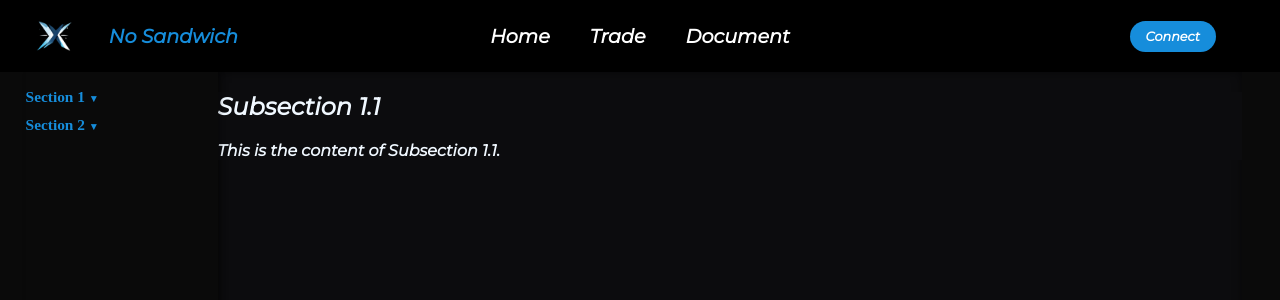
Repository: TreapGoGo/hackathon-2024-10-13
Page: /document/section/1/1 (app in Web/NoSandwichSwapPair_Web/)
These files come from the project's save history. The page is drawn as it stood at one moment and after the next save; the edit follows.
The browser window is 1280 px wide. The pictures show the whole page.
An inner scrolling area shows only its first screen. The project was rebuilt for these pictures with package versions that can differ from the ones it lists, and the page was loaded fresh each time. Also part of the build but not shown: Web/NoSandwichSwapPair_Web/vite.config.js, Web/NoSandwichSwapPair_Web/src/components/documents/Subsection1_2.vue, Web/NoSandwichSwapPair_Web/src/components/documents/Subsection2_1.vue, Web/NoSandwichSwapPair_Web/src/components/documents/Subsection2_2.vue.

Above is the page before, as saved 2024-10-17 22:41:33.

### Web/NoSandwichSwapPair_Web/index.html
<!doctype html>
<html lang="en">

<head>
  <meta charset="UTF-8" />
  <link rel="icon" type="image/svg+xml" href="./src//assets/logo.png" />
  <meta name="viewport" content="width=device-width, initial-scale=1.0" />
  <title>No Sandwich</title>
</head>

<body>
  <div id="app"></div>
  <script type="module" src="./src/main.js"></script>
</body>

</html>

### Web/NoSandwichSwapPair_Web/src/style.css
html,
body {
    margin: 0;
    padding: 0;
    height: 100%;
    width: 100%;
    overflow-x: hidden;
    color: black;
}

#app {
    height: 100%;
}

### Web/NoSandwichSwapPair_Web/src/App.vue
<script setup>
import Header from './components/Header.vue';
</script>

<template>
  <Header></Header>
  <router-view/>
</template>

<style scoped>
.logo {
  height: 6em;
  padding: 1.5em;
  will-change: filter;
  transition: filter 300ms;
}
.logo:hover {
  filter: drop-shadow(0 0 2em #646cffaa);
}
.logo.vue:hover {
  filter: drop-shadow(0 0 2em #42b883aa);
}
</style>

### Web/NoSandwichSwapPair_Web/src/components/Header.vue
<template>
    <header class="header">
      <div class="logo">
        <img src="../assets/logo.png" alt="Logo" />
        <span>No Sandwich</span>
      </div>
      <nav class="nav">
        <router-link v-bind:to="{name:'home'}">Home</router-link>
        <router-link v-bind:to="{name: 'trade' }">Trade</router-link>
        <router-link v-bind:to="{name: 'document' }">Document</router-link>
      </nav>
      <div class="actions">
        <button class="connect-btn" @click="handleWalletConnection">
        {{ isConnected ? truncateAddress(walletAddress) : 'Connect' }}
      </button>
      </div>
    </header>
  </template>

  <script>
import { mapGetters, mapActions } from 'vuex';

export default {
  name: 'Header',
  computed: {
    ...mapGetters(['walletAddress', 'isConnected']),
  },
  methods: {
    ...mapActions(['connectWallet', 'disconnectWallet']),
    handleWalletConnection() {
      if (!this.isConnected) {
        this.connectWallet();
      } else {
        this.disconnectWallet();
      }
    },
    // 用于截短显示钱包地址
    truncateAddress(address) {
      return address ? `${address.substring(0, 6)}...${address.substring(address.length - 4)}` : '';
    }
  },
};
  </script>

  <style scoped>
  @font-face {
    font-family: 'Sixtyfour_Convergence';
    src: url('../assets/fonts/Sixtyfour_Convergence/SixtyfourConvergence-Regular-VariableFont_BLED,SCAN,XELA,YELA.ttf') format('truetype');
    font-weight: normal;
    font-style: normal;
  }
  @font-face {
    font-family: 'Protest_Strike';
    src: url('../assets/fonts/Protest_Strike/Protest_Strike/ProtestStrike-Regular.ttf') format('truetype');
    font-weight: normal;
    font-style: normal;
  }
  @font-face {
    font-family: 'Montserrat';
    src: url('../assets/fonts/Montserrat/Montserrat-Italic-VariableFont_wght.ttf') format('truetype');
    font-weight: normal;
    font-style: normal;
  }
  *{
    font-family: Montserrat;
    font-weight: bold;
  }
  .header {
    display: flex;
    align-items: center;
    justify-content: space-between;
    background-color: #000;
    color: #fff;
    height: 10vh;
    width: 100%;
    position: fixed;
    z-index: 1000;
  }

  .logo {
    display: flex;
    align-items: center;
    flex: 1;
  }

  .logo img {
    height: 8vh;
    margin-left: 2vw;
    margin-right: 2vw;
  }

  .logo span {
    font-weight: bold;
    font-size: 1.5vw;
    color: #168ddb;
  }

  .nav {
    display: flex;
    justify-content: center;
    flex: 1;

  }

  .nav a {
    font-size: 1.5vw;
    color: #fff;
    text-decoration: none;
    margin: 0 20px;
  }

  .nav a:hover {
    color: #168ddb;
    left:5vw;
  }

  .actions {
    display: flex;
    align-items: center;
    flex: 1;
    justify-content: flex-end;
  }

.connect-btn {
  font-size: 1vw;
  background-color: #168ddb;
  border: none;
  padding: 8px 16px;
  border-radius: 20px;
  color: #fff;
  cursor: pointer;
  transition: transform 0.1s ease, background-color 0.3s ease;
  margin-right: 5vw;
}

.connect-btn:hover {
  background-color: #6a39db;
}

.connect-btn:active {
  transform: scale(0.95);
  background-color: #722fb7;
}
  </style>

### Web/NoSandwichSwapPair_Web/src/views/Home.vue
<template>
    <div class="home-container">
      <div class="header">
        <h1>Swap safely, no MEV risks.</h1>
      </div>
      <div class="swap-box">
        <div class="swap-input">
          <label for="sell" class="input-label">Sell</label>
          <select id="sell" class="custom-select">
            <option value="Token X">Token X</option>
            <option value="Token Y">Token Y</option>
          </select>
        </div>
        <div class="swap-input">
          <label for="buy" class="input-label">Buy</label>
          <select id="buy" class="custom-select">
            <option value="Token Y">Token Y</option>
            <option value="Token X">Token X</option>
          </select>
        </div>

        <router-link v-bind:to="{name: 'trade' }"><button class="get-started-btn">Get started</button></router-link>
      </div>

      <div class="description">
        <h1>
            Learn more about the superpowers of defending against MEV.
        </h1>
      </div>
    </div>
    <div class="second-section">
    <div class="content-container">
      <div class="image-box">
        <img src="../assets/figure1.png" alt="Informative Image">
      </div>
      <div class="text-box">
        <h2>What is MEV?</h2>
        <p>
          Miner Extractable Value (MEV) refers to the maximum value that miners
          can extract from block production, by including, excluding, and
          changing the order of transactions.
        </p>
        <button class="learn-more-btn">Learn More</button>
      </div>
    </div>
  </div>
  <div class="second-section">
    <div class="content-container">
      <div class="image-box">
        <img src="../assets/figure2.png" alt="Informative Image">
      </div>
      <div class="text-box">
        <h2>What is the harms of MEV ?</h2>
        <p>
          MEV allows front-running or sandwich attacks, where users may end up with worse trading prices, reducing profits or causing direct financial losses.
        </p>
        <button class="learn-more-btn">Learn More</button>
      </div>
    </div>
  </div>
  <div class="second-section">
    <div class="content-container">
      <div class="image-box section_three" >
        <img src="../assets/figure3.png" alt="Informative Image">
      </div>
      <div class="text-box">
        <h2>What we do ?</h2>
        <p>
          We split the trades within the trading cycle into n equal parts for buy and sell operations to avoid MEV attacks.
        </p>
        <button class="learn-more-btn">Learn More</button>
      </div>
    </div>
  </div>
  <div class="explanation">
    <div class="explanation-item hidden">
      <h2>What is a Miner ?</h2>
      <p>A miner is a participant in blockchain networks who validates transactions and adds them to the blockchain by solving complex cryptographic puzzles. In return, miners are rewarded with cryptocurrency and transaction fees.
      </p>
      <a href="https://www.coinbase.com/zh-cn/learn/crypto-basics/what-is-mining" target="_blank">
        <button class="cta-button learn-more">Learn More</button>
      </a>
    </div>
    <div class="explanation-item hidden">
      <h2>What is a Transaction ?</h2>
      <p>A transaction in blockchain is a transfer of data or value, like sending cryptocurrency between users. It is processed by miners and added to the blockchain, ensuring its security and immutability.
      </p>
      <a href="https://www.bitcoin.com/zh/get-started/what-is-a-token/" target="_blank">
        <button class="cta-button learn-more">Learn More</button>
      </a>
    </div>
    <div class="explanation-item hidden">
      <h2>What is MEV ?</h2>
      <p>MEV (Miner Extractable Value) refers to the profit miners can make by manipulating the order of transactions in a block, such as by front-running, reordering, or including specific transactions to maximize their earnings.
      </p>
      <a href="https://academy.binance.com/zh/articles/what-is-maximal-extractable-value-mev" target="_blank">
        <button class="cta-button learn-more">Learn More</button>
      </a>
    </div>
    <div class="explanation-item hidden download">
      <h2 style="color: black;">What is NoSandwich ?</h2>
      <p style="color: black;">NoSandwichSwap is an innovative decentralized exchange (DEX) designed to mitigate MEV (Miner Extractable Value) attacks through a novel trading mechanism known as hyperbolic batch auctions. </p>
      <a>
        <button class="cta-button whitepaper">Whitepaper</button>
      </a>
    </div>
  </div>
  </template>

  <style scoped>
  @font-face {
    font-family: 'Montserrat';
    src: url('../assets/fonts/Montserrat/Montserrat-Italic-VariableFont_wght.ttf') format('truetype');
    font-weight: normal;
    font-style: normal;
  }
  *{
    font-family: Montserrat;
    font-weight: bold;
  }
  @keyframes purple-glow {
    0% {
      box-shadow: 0 0 15px 5px rgba(61, 109, 121, 0.4);
    }
    50% {
      box-shadow: 0 0 30px 10px rgba(23, 47, 124, 0.7);
    }
    100% {
      box-shadow: 0 0 15px 5px rgba(92, 15, 165, 0.4);
    }
  }

  .home-container {
    display: flex;
    flex-direction: column;
    align-items: center;
    justify-content: center;
    top:10vh;
    height: 90vh;
    background-color: #0a0a0a;
    color: white;
    text-align: center;
    position: relative;
  }

  .header h1 {
    font-size: 2.5vw;
    margin-bottom: 5vh;
    letter-spacing: 0.1rem;
    background: linear-gradient(90deg, rgb(34, 62, 94) 0%, rgb(80, 141, 197) 100%);
    -webkit-background-clip: text;
    -webkit-text-fill-color: transparent;
  }

  .swap-box {
    display: flex;
    flex-direction: column;
    align-items: center;
    background-color: #1a1a1a;
    padding: 1vh 2vw;
    border-radius: 1.5rem;
    box-shadow: 0 0 10px rgba(0, 0, 0, 0.7);
    width:30%;
    height: 30%;
    animation: purple-glow 3s infinite ease-in-out;
  }

  .swap-input {
    display: flex;
    flex-direction: column;
    justify-content: center;
    align-items: flex-start;
    width: 100%;
    margin-bottom: 2vh;
  }

  .input-label {
    font-size: 1.2vw;
    color: #168ddb;
    margin-bottom: 1vh;
  }

  .custom-select {
    width: 100%;
    padding: 1.2vh;
    font-size: 0.9vw;
    background-color: #2a2a2a;
    color: white;
    border: none;
    border-radius: 0.5rem;
    outline: none;
    appearance: none;
    position: relative;
    transition: background 0.3s ease;
  }

  .custom-select:hover {
    background-color: #333;
  }

  .custom-select::after {
    content: '';
    position: absolute;
    right: 10px;
    top: 50%;
    transform: translateY(-50%);
    border: 6px solid transparent;
    border-top-color: #168ddb;
  }

  .get-started-btn {
    background-color: #168ddb;
    color: white;
    padding: 1vh 3vw;
    font-size: 1.0 vw;
    border: none;
    border-radius: 0.5rem;
    cursor: pointer;
    transition: transform 0.3s ease;
    animation: purple-glow 3s infinite ease-in-out;
  }

  .get-started-btn:hover {
    transform: scale(1.1);
  }

  .description h1{
    background: linear-gradient(90deg, rgb(34, 62, 94) 0%, rgb(80, 141, 197) 100%);
    margin-top: 3rem;
    font-size: 1.2rem;
    max-width: 400px;
    opacity: 0.85;
    -webkit-background-clip: text;
    -webkit-text-fill-color: transparent;
  }

  .scroll-indicator {
    position: absolute;
    bottom: 3rem;
    display: flex;
    flex-direction: column;
    align-items: center;
  }

  .scroll-indicator span {
    font-size: 2.5rem;
    animation: purple-glow 1.5s infinite ease-in-out;
  }

  .scroll-indicator p {
    font-size: 1.1rem;
    margin-top: 0.5rem;
    opacity: 0.8;
  }

  .home-container::before {
    content: "";
    position: absolute;
    width: 200%;
    height: 200%;
    background: linear-gradient(130deg, rgba(128, 0, 128, 0.2), rgba(255, 0, 255, 0.3));
    top: -50%;
    left: -50%;
    animation: purple-flow 6s infinite linear;
    z-index: -1;
  }

  @keyframes purple-flow {
    0% {
      transform: rotate(0deg);
    }
    100% {
      transform: rotate(360deg);
    }
  }


.second-section {
  display: none;
  height: 90vh;
  background-color: #0a0a0a;
  color: white;
  display: flex;
  justify-content: center;
  align-items: center;
  text-align: left;
  padding: 0 5%;
  top:10vh;
}

.content-container {
  display: flex;
  justify-content: space-between;
  align-items: center;
  width: 100%;
  margin-top: -10vh;
}

.image-box {
  flex: 1;
  padding-right: 2rem;
}

.section_three{
  width:1vw;
}

.image-box img {
  max-width: 100%;
  border-radius: 1rem;
}

.text-box {
  flex: 1;
  padding-left: 2rem;
}

.text-box h2 {
  font-size: 2rem;
  margin-bottom: 1rem;
}

.text-box p {
  font-size: 1.2rem;
  line-height: 1.5;
}

.learn-more-btn {
  background-color: #168ddb;
  color: white;
  padding: 0.8rem 2rem;
  margin-top: 1.5rem;
  border: none;
  border-radius: 0.5rem;
  cursor: pointer;
  transition: transform 0.3s ease;
  animation: purple-glow 3s infinite ease-in-out;
}

.learn-more-btn:hover {
  transform: scale(1.1);
}

.explanation {
  display: flex;
  flex-direction: column; /* Change to column layout for smaller screens */
  background-color: #0a0a0a;
  padding-bottom: 1vh;
  height: 90vh; /* Remove fixed height */
}

.explanation-item {
  display: flex;
  flex-direction: column;
  justify-content: space-between;
  margin-top: 5vh; /* Adjust margin using vh */
  width: 100%; /* Full width on smaller screens */
  background-color: #0a0a0a;
  text-align: center;
  border-bottom: 1px solid #444; /* Change border to bottom for column layout */
  padding: 1vh 1vw; /* Adjust padding for better spacing */
  color: #fff;
  position: relative;
  box-sizing: border-box;
}

.explanation-item:last-child {
  border-bottom: none;
}

.hidden {
  opacity: 0;
  transform: translateY(20px);
  transition: opacity 0.6s ease, transform 0.6s ease;
}

.explanation-item.visible {
  opacity: 1;
  transform: translateY(0);
}

.explanation-item h2 {
  font-size: 1.5vw; /* Responsive font size */
  margin-bottom: 2vh;
  color: #fff;
}

.learn-more, .whitepaper {
  background: #a24dff;
  border: none;
  color: #0a0a0a;
  padding: 1vh 2vw; /* Adjust padding for better spacing */
  font-size: 1vw; /* Responsive font size */
  cursor: pointer;
  transition: background 0.3s ease;
  text-transform: uppercase;
  margin-top: auto;
  margin-bottom: 1vh;
}

.whitepaper {
  background-color: #0a0a0a;
  color: white;
}

.learn-more:hover, .whitepaper:hover {
  background: #fff;
  color: #4dc7ff;
}

.download {
  background-color: #168ddb;
  color: #0a0a0a;
}

.explanation-item p {
  font-size: 1.0vw; /* Responsive font size */
  color: #a1a1a1;
  margin: 1vh 0 2vh; /* Adjust margin using vh */
  line-height: 1.5;
  text-align: left;
}

@media (min-width: 769px) {
  .explanation {
    flex-direction: row; /* Change to row layout for larger screens */
    height: 88vh; /* Set height for larger screens */
  }

  .explanation-item {
    width: 25%; /* Set width for row layout */
    border-right: 0.11vh solid #444; /* Change border to right for row layout */
    border-bottom: none; /* Remove bottom border for row layout */
  }

  .explanation-item:last-child {
    border-right: none;
  }
}
.cta-button {
  background: linear-gradient(45deg, #245868, #180775);
  border: none;
  color: #fff;
  padding: 1.5vh 4vw; /* Adjust padding for better spacing */
  font-size: 1.2vw; /* Responsive font size */
  letter-spacing: 1.5px;
  text-transform: uppercase;
  cursor: pointer;
  transition: all 0.4s ease;
  position: relative;
  box-shadow: 0 8px 15px rgba(53, 118, 172, 0.6);
  border-radius: 50px;
  z-index: 1;
  overflow: hidden;
}

.cta-button::before {
  content: '';
  position: absolute;
  top: 0;
  left: 0;
  width: 0;
  height: 100%;
  background: rgba(255, 255, 255, 0.2);
  transition: width 0.4s ease;
  z-index: -1;
}

.cta-button:hover::before {
  width: 100%;
}

.cta-button:hover {
  color: #0a0a0a;
  box-shadow: 0 8px 30px rgba(206, 16, 196, 0.8);
  transform: translateY(-5px);
}

</style>
<script>
export default {
mounted() {
    // 在 mounted 钩子中调用 Intersection Observer 的设置函数，确保在每次导航时初始化
    this.setupIntersectionObserver();
  },
methods: {
    setupIntersectionObserver() {
      const items = document.querySelectorAll('.explanation-item');
      const thresholds = [0.25, 0.5, 0.75, 0.95];
      const delay = 100;

      // 在设置观察者之前重置可见性为 hidden
      items.forEach(item => item.classList.remove('visible'));

      // 创建一个新的 Intersection Observer
      const observer = new IntersectionObserver(
        (entries) => {
          entries.forEach((entry) => {
            if (entry.isIntersecting) {
              const ratio = entry.intersectionRatio;

              // 根据当前的曝光率显示多少项
              for (let i = 0; i < thresholds.length; i++) {
                if (ratio >= thresholds[i]) {
                  this.showItemsWithDelay(items, i + 1);
                }
              }
            }
          });
        },
        {
          threshold: thresholds,
        }
      );

      // 观察要显示的元素
      observer.observe(document.querySelector('.explanation'));
    },
    showItemsWithDelay(items, count) {
      for (let i = 0; i < items.length; i++) {
        if (i < count) {
          setTimeout(() => {
            items[i].classList.add('visible');
          }, i * 100);
        } else {
          items[i].classList.remove('visible');
        }
      }
    }
}
}
</script>

### Web/NoSandwichSwapPair_Web/src/views/Document.vue
<template>
  <div class="documentation-page">
    <aside class="sidebar">
      <ul>
        <li v-for="(item, index) in menuItems" :key="index">
          <div @click="toggleSection(index)" class="item">
            {{ item.title }}
            <span v-if="item.isOpen">▲</span>
            <span v-else>▼</span>
          </div>
          <ul v-show="item.isOpen">
            <li v-for="(subItem, subIndex) in item.sections" :key="subIndex">
              <router-link
                :to="`/document/section/${item.sectionId}/${subItem.subSectionId}`"
                active-class="active-link"
              >
                {{ subItem.name }}
              </router-link>
            </li>
          </ul>
        </li>
      </ul>
    </aside>

    <main class="content">
      <router-view></router-view> <!-- 仅右侧区域更新 -->
    </main>
  </div>
</template>

<script>
export default {
  data() {
    return {
      menuItems: [
        {
          title: 'Section 1',
          isOpen: false,
          sectionId: 1,
          sections: [
            { name: 'Subsection 1.1', subSectionId: 1 },
            { name: 'Subsection 1.2', subSectionId: 2 },
          ],
        },
        {
          title: 'Section 2',
          isOpen: false,
          sectionId: 2,
          sections: [
            { name: 'Subsection 2.1', subSectionId: 1 },
            { name: 'Subsection 2.2', subSectionId: 2 },
          ],
        },
        // 更多 section 可按需添加
      ],
    };
  },
  methods: {
    toggleSection(index) {
      this.menuItems[index].isOpen = !this.menuItems[index].isOpen;
    },
  },
};
</script>
 <style scoped>
   @font-face {
    font-family: 'Montserrat';
    src: url('../assets/fonts/Montserrat/Montserrat-Italic-VariableFont_wght.ttf') format('truetype');
    font-weight: normal;
    font-style: normal;
  }
 /* 黑暗模式+蓝紫调配色 */
 .documentation-page {
   display: flex;
   position: relative;
   top:10vh;
   height: 90vh; /* 整个页面高度 */
   background-color: #0a0a0a; /* 深色背景 */
   color: #c9d1d9; /* 较亮的文字颜色 */
 }
 /* @font-face {
    font-family: 'Montserrat';
    src: url('../assets/fonts/Montserrat/Montserrat-Italic-VariableFont_wght.ttf') format('truetype');
    font-weight: normal;
    font-style: normal;
  }
  *{
    font-family: Montserrat;
    font-weight: bold;
  } */
  .sidebar {
   width: 15vw;
   background-color: #0a0a0a;
   box-shadow: 2px 0 5px rgba(0, 0, 0, 0.3);
   position: fixed; /* 将侧栏固定在屏幕上 */
   top: 10vh; /* 固定在页面顶部 */
   left: 2vw; /* 固定在页面左侧 */
   height: 91vh; /* 覆盖整个视窗的高度 */
   overflow-y: auto; /* 当内容超出时允许滚动 */
   z-index: 1000; /* 保证侧栏在页面的其他元素之上 */
}

 .sidebar .item{
  font-size: 1.2vw;
 }

 .sidebar span{
  font-size: 0.8vw;
 }
 .sidebar ul {
   list-style-type: none;
   padding: 0;
 }

 .sidebar li {
   margin-bottom: 10px;
 }

 .sidebar li > div {
   cursor: pointer;
   font-weight: bold;
   color: #168ddb; /* 蓝紫色调 */
   margin-bottom: 5px;
 }

 .sidebar ul ul {
   padding-left: 20px;
 }

 .sidebar a {
   text-decoration: none;
   color: #168ddb; /* 子菜单的蓝紫色 */
   display: block;
   margin: 5px 0;
 }

 .sidebar a:hover {
   color: #ffffff; /* 悬停时更亮 */
 }

 .content {
   margin-left: 17vw; /* 为右侧内容留出侧栏的宽度 */
   background-color: #0c0c0e;
   box-shadow: inset 0 0 10px rgba(0, 0, 0, 0.5);
   overflow-y: auto;
   height: 100vh;
   color: white;
   font-family: Montserrat;
   font-weight: bold;
   width: 80vw;
 }
 /* 层次结构：标题和分割线样式 */
 .content section {
   margin-bottom: 40px;
   z-index: 1000;
 }

 h2 {
   border-bottom: 2px solid; /* 分割线 */
   padding-bottom: 10px;
 }

 h3 {
   margin-top: 20px;
 }

 h4 {
   margin-top: 15px;
 }

 p {
   margin-bottom: 15px;
 }

 hr {
   border: none;
   margin: 20px 0;
 }
 </style>

### Web/NoSandwichSwapPair_Web/src/components/documents/Subsection1_1.vue
<!-- Subsection1_2.vue -->
<template>
    <div>
      <h2>Subsection 1.1</h2>
      <p>This is the content of Subsection 1.1.</p>
    </div>
  </template>

  <script>
  export default {
    name: 'Subsection1_1',
  };
  </script>
    <style scoped>
    div{
      color: aliceblue;
      z-index: 1000;
      background-color: #0c0c0e;
      left:
    }
  </style>

Loaded but not shown: Web/NoSandwichSwapPair_Web/src/router/index.js (51 lines, source omitted); Web/NoSandwichSwapPair_Web/src/store/index.js (42 lines, source omitted); Web/NoSandwichSwapPair_Web/src/main.js (10 lines, source omitted); Web/NoSandwichSwapPair_Web/src/views/Trade.vue (602 lines, source omitted)

After the next save:
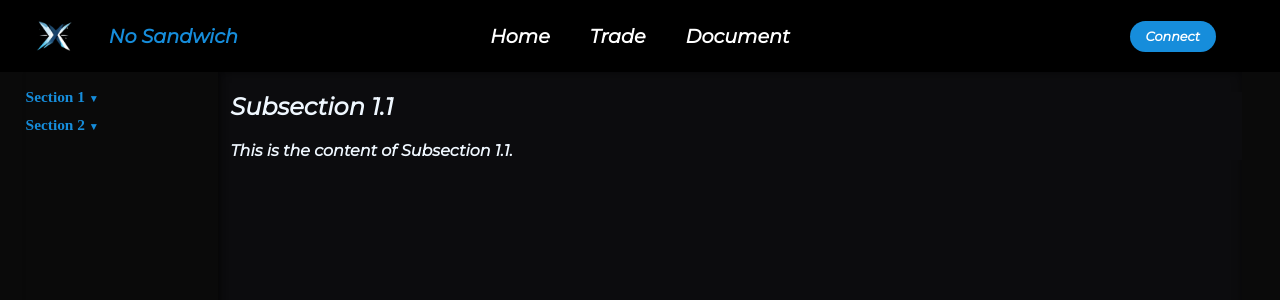
Saved 6 s later.
--- a/Web/NoSandwichSwapPair_Web/src/components/documents/Subsection1_1.vue
+++ b/Web/NoSandwichSwapPair_Web/src/components/documents/Subsection1_1.vue
@@ -16,6 +16,6 @@
       color: aliceblue;
       z-index: 1000;
       background-color: #0c0c0e;
-      left:
+      margin-left: 1vw;
     }
   </style>

After the save that followed:
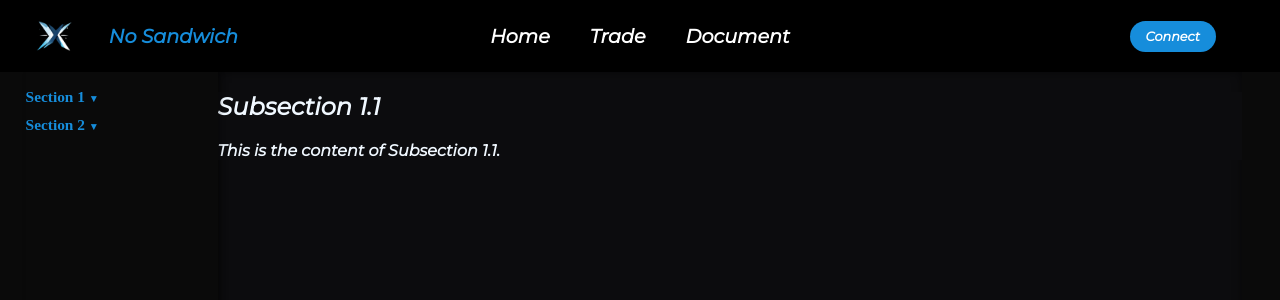
Saved 10 s later.
--- a/Web/NoSandwichSwapPair_Web/src/components/documents/Subsection1_1.vue
+++ b/Web/NoSandwichSwapPair_Web/src/components/documents/Subsection1_1.vue
@@ -16,6 +16,6 @@
       color: aliceblue;
       z-index: 1000;
       background-color: #0c0c0e;
-      margin-left: 1vw;
+      left: 1vw;
     }
   </style>
